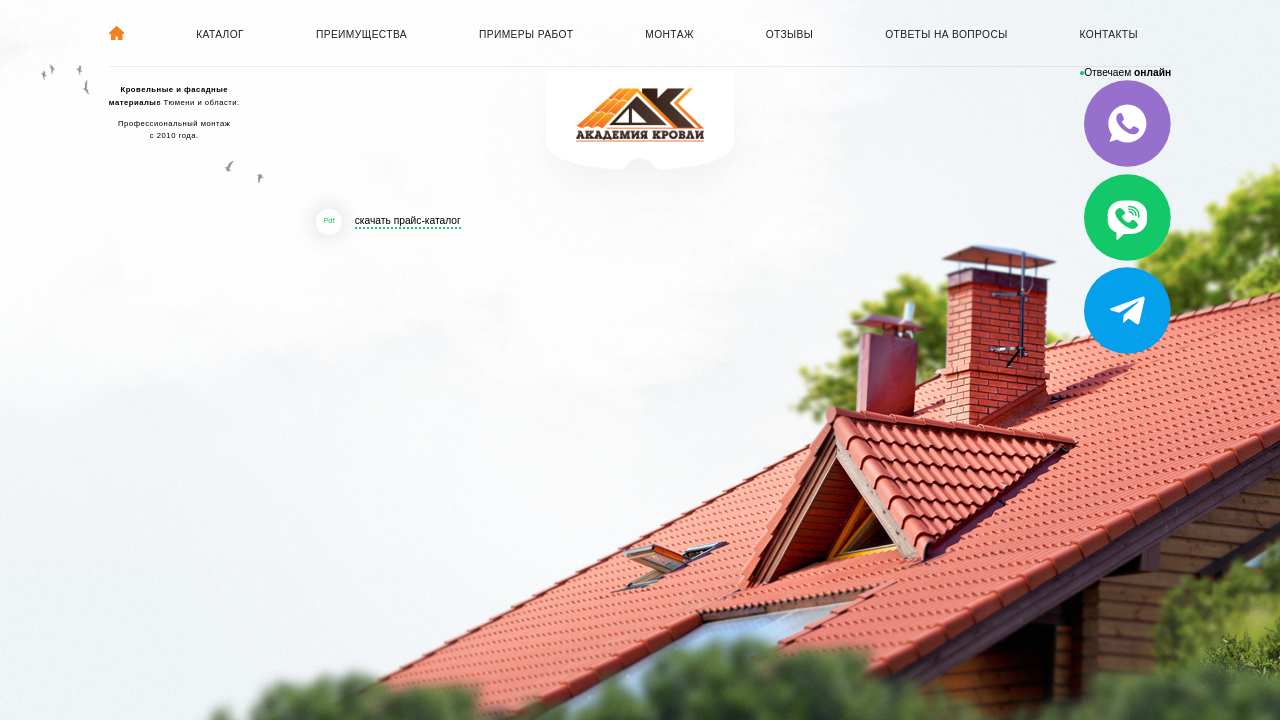
Repository: dima-hacker0/test_task_deyneka
Page: /
The author's editor kept a copy of each file at every save. The page is drawn from the files as they stood at one save, then again after the next save.
The browser window is 1280 px wide. The pictures show the whole page.
The project was rebuilt for these pictures with package versions that can differ from the ones it lists, and the page was loaded fresh each time.

Above is the page before, as saved 2022-06-22 18:25:36.

After the next save:
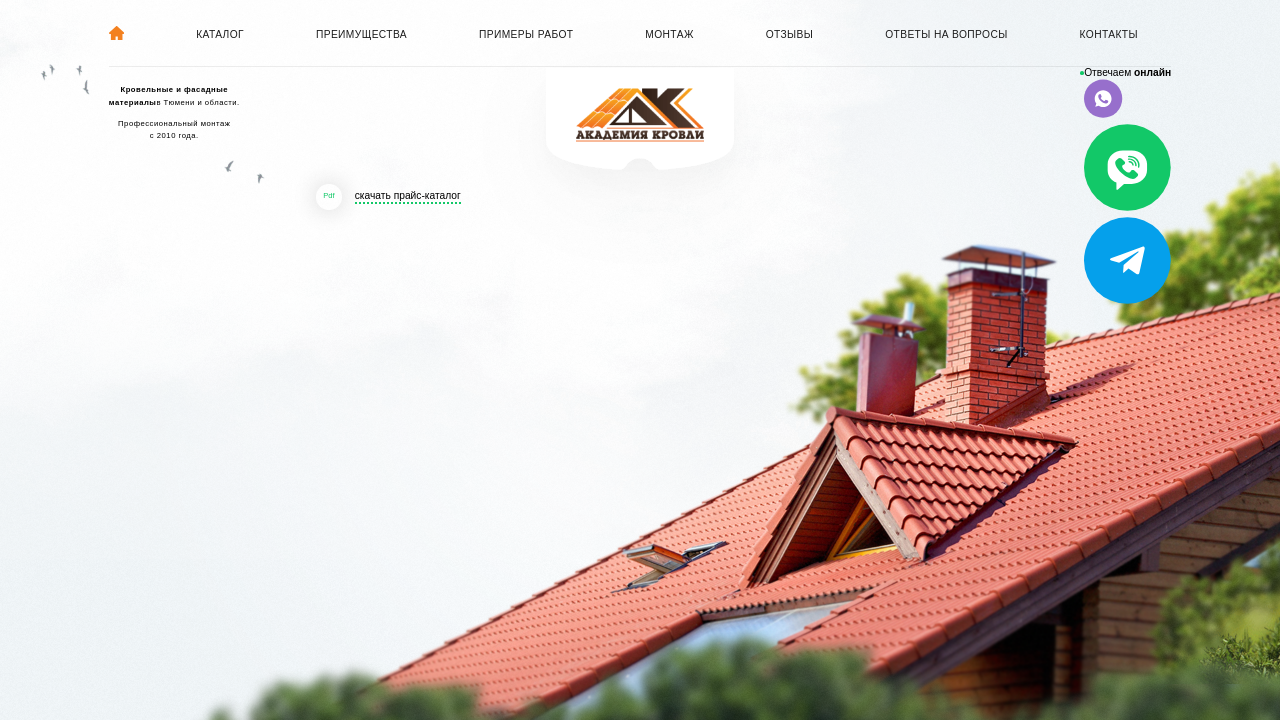
Saved 49 s later.
--- a/src/components/main_page/top_panel/answer_online/answer.jsx
+++ b/src/components/main_page/top_panel/answer_online/answer.jsx
@@ -9,7 +9,7 @@
       </p>
       <div className={classes.socialMedia}>
         <a href="">
-          <Svg id="viber" />
+          <Svg id="viber" styles={classes.icon} />
         </a>
         <a href="">
           <Svg id="whatsup" />
